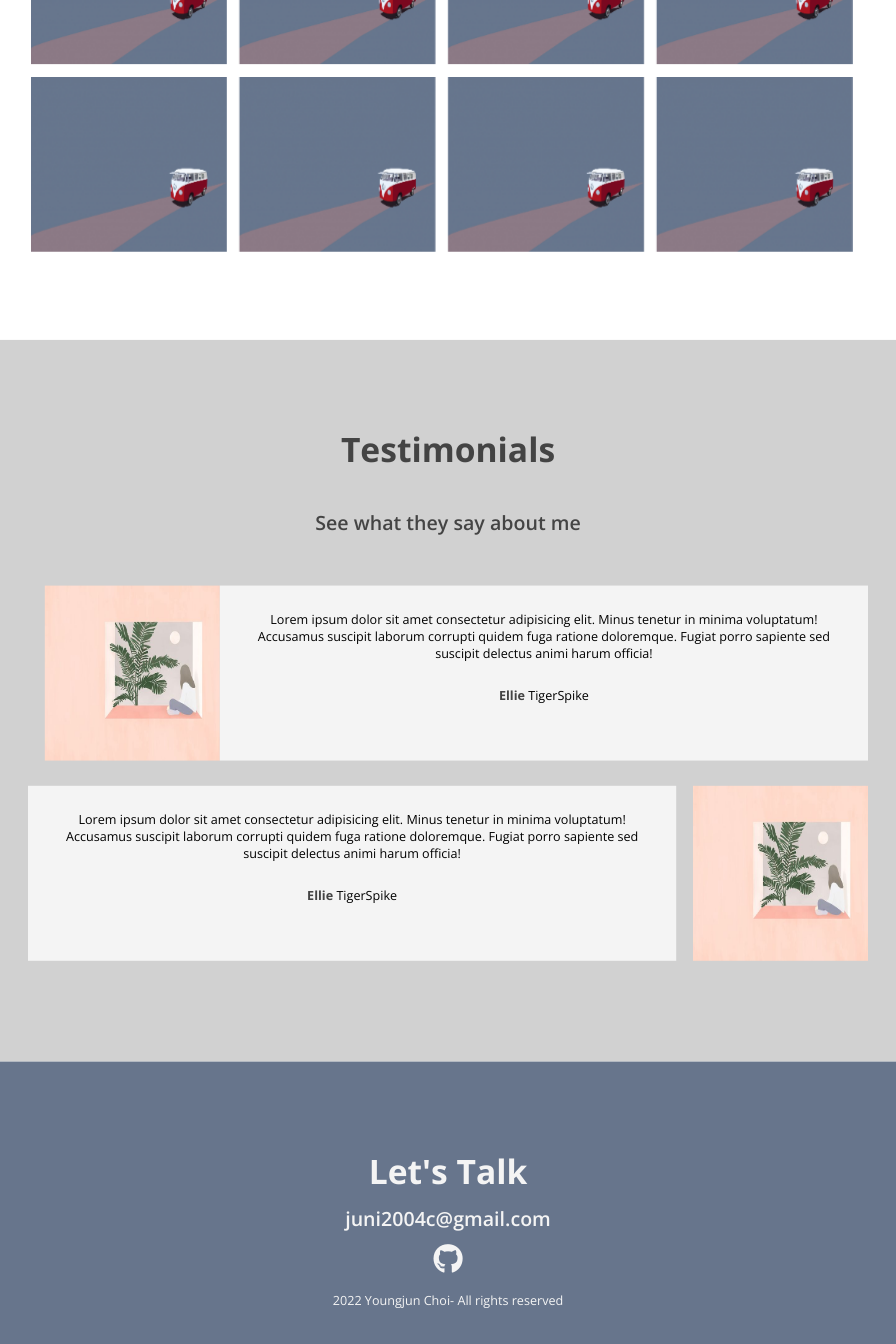
Repository: choi2021/portfolio-vanillaJS
Page: index.html
An editor plug-in stored every save of this project. The page is shown before and after the next save, followed by the edit.
The browser window is 1280 px wide. The pictures show the part of the page from y = 3642 to 5562 px (the page is 5636 px tall), at 70% of full size.
Some web libraries are served in a nearby version.

Above is the page before, as saved 2022-01-08 15:23:53.

### index.html
<!DOCTYPE html>
<html lang="en">

<head>
  <meta charset="UTF-8">
  <meta http-equiv="X-UA-Compatible" content="IE=edge">
  <meta name="viewport" content="width=device-width, initial-scale=1.0">
  <title>Youngjun's Portfolio</title>
  <meta name="description" content="Front-end developer Youngjun">
  <meta name="author" content="Youngjun ">
  <link rel="icon" href="public/favicon.png" type="public/png">
  <link rel="stylesheet" href="style.css">
  <script src="main.js" defer></script>
  <script src="https://kit.fontawesome.com/a6a726722e.js" crossorigin="anonymous"></script>
  <link href="https://fonts.googleapis.com/css2?family=Open+Sans:wght@400;600;700&display=swap" rel="stylesheet">
</head>

<body>
  <!-- Navbar -->
  <nav class="navbar">
    <div class="navbar__logo">
      <img src="public/favicon.png" alt="logo">
      <a href="#">YOUNGJUN</a>
    </div>
    <ul class="navbar__menu">
      <li class="navbar__menu__item active">Home</li>
      <li class="navbar__menu__item">About</li>
      <li class="navbar__menu__item">Skills</li>
      <li class="navbar__menu__item">My work</li>
      <li class="navbar__menu__item">Testimonial</li>
      <li class="navbar__menu__item">Contact</li>
    </ul>
    <button class="navbar__toggleBtn">
      <i class="fas fa-bars"></i>
    </button>
  </nav>
  <!-- Home -->
  <section class="home">
    <img class="home__avatar" src="public/profile.jpg" alt="home-img">
    <h1 class="title">Hello <br> I'm Yougnjun Choi</h1>
    <h3 class="description">매일 매일 부족한 걸 채워가는 프론트엔드 개발자</h3>
    <button class="home__contact">contact me</button>
  </section>
  <!-- About -->
  <section class="about section">
    <div class="section__container">
      <h1 class="title">About me</h1>
      <p class="description">Lorem ipsum dolor sit amet consectetur adipisicing elit. Quidem adipisci sint voluptate
        odit, molestias debitis aliquam nihil magni a corporis consectetur minus vero qui suscipit dolorum natus
        nesciunt
        expedita? Sit!</p>
      <ul class="about__stacks">
        <li class="stack">
          <div class="stack__icon">
            <i class="fab fa-html5"></i>
          </div>
          <div class="stack__title">Front-end basic</div>
          <div class="stack__description">HTML, CSS, Javascript</div>
        </li>
        <li class="stack">
          <div class="stack__icon">
            <i class="fab fa-react"></i>
          </div>
          <div class="stack__title">React</div>
          <div class="stack__description">Javascript Library</div>
        </li>
      </ul>
      <div class="about__experience">
        <img src="public/gist_logo.jpg" alt="">
        <div class="experience__description">
          <div class="experience__name">Undergraduate chemistry major</div>
          <div class="experience__term">2016 March - 2022 Feb</div>
        </div>
      </div>
    </div>
  </section>
  <!-- Skills -->
  <section class="skills section">
    <div class="section__container">
      <h1 class="title">Skills</h1>
      <h2 class="sub_title">Skills & Attributes</h2>
      <p class="description">Lorem ipsum dolor sit amet, consectetur adipisicing elit. Harum cupiditate magnam modi
        eius? Soluta,
        quidem sed dicta animi maiores nemo laudantium dolores aliquam, molestias suscipit id accusantium unde
        temporibus
        nostrum.</p>
      <div class="skillset">
        <div class="skillset__left">
          <h3 class="skillset__title">Skills</h3>
          <div class="skill">
            <div class="skill__description">
              <span class="description__name">HTML</span>
              <span class="description__figure">80%</span>
            </div>
            <div class="skill__bar">
              <div class="skill__value" style="width: 80%"></div>
            </div>
          </div>
          <div class="skill">
            <div class="skill__description">
              <span class="description__name">CSS</span>
              <span class="description__figure">60%</span>
            </div>
            <div class="skill__bar">
              <div class="skill__value" style="width: 60%"></div>
            </div>
          </div>
          <div class="skill">
            <div class="skill__description">
              <span class="description__name">Javascript</span>
              <span class="description__figure">40%</span>
            </div>
            <div class="skill__bar">
              <div class="skill__value" style="width: 40%"></div>
            </div>
          </div>
          <div class="skill">
            <div class="skill__description">
              <span class="description__name">React</span>
              <span class="description__figure">10%</span>
            </div>
            <div class="skill__bar">
              <div class="skill__value" style="width:10%"></div>
            </div>
          </div>
        </div>
        <div class="skillset__right">
          <section class="tools">
            <h3 class="tools__title">Tools</h3>
            <ul class="tools__list">
              <li>
                <span>Visual Studio</span>
              </li>
            </ul>
          </section>
          <section class="etc">
            <h3 class="skillset__title">Etc</h3>
            <ul class="etc__list">
              <li>
                <span>Git</span>
              </li>
            </ul>
          </section>
        </div>
      </div>
    </div>
  </section>
  <section class="work section">
    <div class="section__container">
      <h1 class="title">My Work</h1>
      <h2 class="description">Projects</h2>
      <div class="work__categories">
        <button class="category__btn active">
          All
          <span class="category__count">8</span>
        </button>
        <button class="category__btn">HTML+CSS<span class="category__count">3</span></button>
        <button class="category__btn">HTML+CSS+Javascript<span class="category__count">3</span></button>
        <button class="category__btn">React<span class="category__count">2</span></button>
      </div>
      <div class="work__projects">
        <a href="#" class="project">
          <img src="public/background.jpg" alt="">
          <div class="project__description">
            <h3>Youtube UI</h3>
            <span>Clone coding with HTML and CSS</span>
          </div>
        </a>
        <a href="#" class="project">
          <img src="public/background.jpg" alt="">
          <div class="project__description">
            <h3>Youtube UI</h3>
            <span>Clone coding with HTML and CSS</span>
          </div>
        </a>
        <a href="#" class="project">
          <img src="public/background.jpg" alt="">
          <div class="project__description">
            <h3>Youtube UI</h3>
            <span>Clone coding with HTML and CSS</span>
          </div>
        </a>
        <a href="#" class="project">
          <img src="public/background.jpg" alt="">
          <div class="project__description">
            <h3>Youtube UI</h3>
            <span>Clone coding with HTML and CSS</span>
          </div>
        </a>
        <a href="#" class="project">
          <img src="public/background.jpg" alt="">
          <div class="project__description">
            <h3>Youtube UI</h3>
            <span>Clone coding with HTML and CSS</span>
          </div>
        </a>
        <a href="#" class="project">
          <img src="public/background.jpg" alt="">
          <div class="project__description">
            <h3>Youtube UI</h3>
            <span>Clone coding with HTML and CSS</span>
          </div>
        </a>
        <a href="#" class="project">
          <img src="public/background.jpg" alt="">
          <div class="project__description">
            <h3>Youtube UI</h3>
            <span>Clone coding with HTML and CSS</span>
          </div>
        </a>
        <a href="#" class="project">
          <img src="public/background.jpg" alt="">
          <div class="project__description">
            <h3>Youtube UI</h3>
            <span>Clone coding with HTML and CSS</span>
          </div>
        </a>
      </div>
    </div>
  </section>
  <section class="testimonials section">
    <div class="section__container">
      <h1 class="title">Testimonials</h1>
      <h2 class="description">See what they say about me</h2>
      <div class="testimonialset">
        <div class="testimonial">
          <img class="testimonial__avatar" src="public/background2.jpg" alt="">
          <div class="testimonial__speech-bubble">
            <span>Lorem ipsum dolor sit amet consectetur adipisicing elit. Minus tenetur in minima voluptatum! Accusamus
              suscipit laborum corrupti quidem fuga ratione doloremque. Fugiat porro sapiente sed suscipit delectus
              animi
              harum officia!</span>
            <div class="name-and-company">
              <span class="name"><a href="#"> Ellie</a></span>
              <span class="companay">TigerSpike</span>
            </div>
          </div>
        </div>
        <div class="testimonial">
          <div class="section__container"></div>
          <div class="testimonial__speech-bubble">
            <span>Lorem ipsum dolor sit amet consectetur adipisicing elit. Minus tenetur in minima voluptatum! Accusamus
              suscipit laborum corrupti quidem fuga ratione doloremque. Fugiat porro sapiente sed suscipit delectus
              animi
              harum officia!</span>
            <div class="name-and-company">
              <span class="name"><a href="#"> Ellie</a></span>
              <span class="companay">TigerSpike</span>
            </div>
          </div>
          <img class="testimonial__avatar" src="public/background2.jpg" alt="">
        </div>
      </div>
    </div>

  </section>
  <section class="contact section">
    <h1 class="title">Let's Talk</h1>
    <h2 class="contact__email">juni2004c@gmail.com</h2>
    <div class="contact__links">
      <a href="#">
        <i class="fab fa-github"></i>
      </a>
    </div>
    <p class="contact__rights">2022 Youngjun Choi- All rights reserved</p>
  </section>
</body>

</html>

### style.css
:root {
  /* color */
  --white-color: #f4f4f4;
  --blue-color: #69a0c7;
  --light-yellow-color: #fff6cb;
  --deep-yellow-color: #feac3e;
  --pink-color: #fd8682;
  --black-color: #444444;
  --dark-gray-color: #565656;
  --dim-gray-color: #706f6d;
  --light-gray-color: #d1d1d1;
  --dark-red-color: #8c7a86;
  --dark-blue-color: #67758c;

  /* Space */
  --base-space: 36px;

  /* Font weight */
  --weight-bold: 700;
  --weight-semi-bold: 600;
  --weight-regular: 400;

  /* Font-size */
  --font-large: 48px;
  --font-medium: 28px;
  --font-regular: 18px;
  --font-small: 16px;

  /* size */
  --count-size: 32px;
  --border-size: 8px;
  --logo-size: 43px;
  --avatar-size: 350px;
  --stack-size: 180px;
  --project-width: 280px;
  --project-height: 250px;
  --testimonial-size: 250px;
}

/* Universal tags */
* {
  box-sizing: border-box;
}

h1 {
  font-size: var(--font-large);
  font-weight: var(--weight-bold);
  color: var(--black-color);
  margin: 16px 0px;
}

h2 {
  font-size: var(--font-medium);
  font-weight: var(--weight-semi-bold);
  color: var(--black-color);
  margin: 8px 0px;
}

body {
  margin: 0;
  font-family: "Open Sans", sans-serif;
}

ul {
  list-style: none;
  padding-left: 0;
}

a {
  text-decoration: none;
  color: var(--black-color);
}

button {
  border: none;
  outline: none;
  background-color: transparent;
  cursor: pointer;
}

/* navbar */

.navbar {
  display: flex;
  justify-content: space-between;
  align-items: center;
  background-color: transparent;
  font-size: var(--font-medium);
  position: fixed;
  top: 0;
  width: 100%;
  padding: 12px var(--base-space);
}

.navbar.withBGColor {
  background-color: var(--dark-blue-color);
}

.navbar__logo {
  display: flex;
}

.navbar__logo img {
  width: var(--logo-size);
  height: var(--logo-size);
  margin-right: calc(0.4 * var(--base-space));
}

.navbar__logo a {
  font-size: var(--font-medium);
  font-weight: var(--weight-semi-bold);
  color: var(--white-color);
}

.navbar__menu {
  display: flex;
  padding-left: 0;
}

.navbar__menu__item {
  padding: 8px 12px;
  font-size: var(--font-regular);
  cursor: pointer;
  border: 2px transparent solid;
  border-radius: var(--border-size);
  color: var(--white-color);
  margin-right: var(--base-space);
}

.navbar__menu__item:hover {
  border: 2px white solid;
}

.navbar__menu__item.active {
  background-color: var(--white-color);
  color: var(--dark-blue-color);
}

.navbar__toggleBtn {
  display: none;
  position: absolute;
  top: 12px;
  right: 24px;
  font-size: var(--font-medium);
  color: var(--blue-color);
}

/* Home */

.home {
  padding: calc(3 * var(--base-space)) var(--base-space);
  background: url(./public/background.jpg) no-repeat center/cover;
  text-align: center;
}

.home__avatar {
  width: var(--avatar-size);
  height: var(--avatar-size);
  border-radius: 50%;
  border: 1px white solid;
}

.home .title {
  font-size: var(--font-large);
  font-weight: var(--weight-bold);
  text-align: center;
  color: var(--white-color);
}

.home .description {
  padding-top: calc(2 * var(--base-space));
  font-size: var(--font-medium);
  color: var(--white-color);
}

.home__contact {
  font-size: var(--font-regular);
  font-weight: var(--weight-bold);
  color: var(--white-color);
  text-transform: capitalize;
  padding: calc(0.25 * var(--base-space));
  border: solid var(--white-color) 2px;
  border-radius: var(--border-size);
}

.home__contact:hover {
  background-color: var(--white-color);
  color: var(--dark-blue-color);
}

.section {
  padding: calc(3 * var(--base-space)) var(--base-space);
  text-align: center;
}

.section__container {
  max-width: 1200px;
  margin: auto;
}

.about .description {
  width: 85%;
  margin: auto;
  padding-top: calc(2 * var(--base-space));
  font-size: var(--font-medium);
  text-align: center;
  color: var(--black-color);
  margin-bottom: calc(2 * var(--base-space));
}

.about__stacks {
  display: flex;
  justify-content: space-around;
  padding-left: 0;
  margin: calc(3 * var(--base-space)) 0;
}

.stack {
  font-size: var(--font-medium);
  display: flex;
  flex-direction: column;
  align-items: center;
  text-align: center;
}

.stack__icon {
  font-size: calc(0.7 * var(--stack-size));
  width: var(--stack-size);
  height: var(--stack-size);
  display: flex;
  justify-content: center;
  align-items: center;
  color: var(--blue-color);
  border: 2px solid var(--blue-color);
  border-radius: 50%;
  margin-bottom: var(--base-space);
  transition: transform 300ms ease-in;
}

.stack__icon:hover {
  transform: rotate(45deg);
  color: var(--dark-blue-color);
  border: 2px solid var(--dark-blue-color);
}

.about__experience {
  display: flex;
  justify-content: center;
  width: 50%;
  margin: auto;
}

.about__experience img {
  width: var(--logo-size);
  height: var(--logo-size);
  margin-right: var(--base-space);
}

.skills {
  background-color: var(--light-yellow-color);
}

.skills .sub_title {
  font-size: var(--font-medium);
  font-weight: var(--weight-bold);
  text-align: center;
  color: var(--black-color);
}

.skills .description {
  width: 85%;
  margin: auto;
  padding-top: calc(2 * var(--base-space));
  font-size: var(--font-medium);
  text-align: center;
  color: var(--black-color);
  margin-bottom: calc(2 * var(--base-space));
}

.skillset {
  display: flex;
  background-color: var(--black-color);
}

.skillset__left {
  flex-basis: 60%;
  display: flex;
  color: var(--white-color);
  flex-direction: column;
  align-items: center;
  padding: var(--base-space);
}

.skillset__title {
  font-size: var(--font-regular);
}

.skill {
  width: 100%;
  margin-bottom: var(--base-space);
}

.skill__description {
  width: 100%;
  font-size: var(--font-small);
  display: flex;
  justify-content: space-between;
}

.skill__bar {
  height: 3px;
  background-color: var(--dim-gray-color);
}

.skill__value {
  height: 3px;
  background-color: var(--deep-yellow-color);
}

.skillset__right {
  flex-basis: 40%;
  display: flex;
  flex-direction: column;
  margin: 0;
  text-align: center;
}

.tools {
  background-color: var(--dark-gray-color);
  width: 100%;
  height: 50%;
  color: var(--white-color);
}

.etc {
  background-color: var(--dim-gray-color);
  padding-left: 0;
  height: 50%;
  color: var(--white-color);
}

.tools__list,
.etc__list {
  padding-left: 0;
}

.work .description {
  width: 85%;
  margin: auto;
  padding-top: calc(2 * var(--base-space));
  color: var(--black-color);
  margin-bottom: calc(2 * var(--base-space));
}

.work__categories {
  margin-bottom: var(--base-space);
}

.category__btn {
  font-size: var(--font-regular);
  padding: 8px 12px;
  border: 1px solid var(--dim-gray-color);
  border-radius: var(--border-size);
}

.category__btn.active {
  color: var(--white-color);
  background-color: var(--dark-blue-color);
}

.category__count {
  display: inline-block;
  font-size: var(--font-regular);
  border-radius: 50%;
  width: var(--count-size);
  height: var(--count-size);
  line-height: 32px;
  background-color: var(--deep-yellow-color);
  margin-left: 8px;
  position: relative;
  top: -40px;
  left: 4px;
  opacity: 0;
  transition: all 300ms ease-in;
}
.category__btn.active .category__count,
.category__btn:hover .category__count {
  opacity: 1;
  top: 0;
  left: 0;
}

.work__projects {
  display: flex;
  justify-content: center;
  flex-wrap: wrap;
  width: 100%;
}

.project {
  position: relative;
  width: var(--project-width);
  height: var(--project-height);
  margin-right: calc(0.5 * var(--base-space));
  margin-bottom: calc(0.5 * var(--base-space));
}

.project img {
  width: 100%;
  height: 100%;
}

.project__description {
  background-color: var(--light-yellow-color);
  position: absolute;
  top: 0;
  left: 0;
  width: 100%;
  height: 100%;
  display: flex;
  flex-direction: column;
  justify-content: center;
  opacity: 0;
  transform: translate(0, 10px);
  transition: all 300ms ease-in-out;
}

.project__description:hover {
  opacity: 0.9;
  transform: translate(0, 0);
}

.project__description h3::after {
  display: block;
  margin: auto;
  content: "";
  width: 125px;
  height: 2px;
  background-color: var(--dim-gray-color);
}

.project__description span {
  font-size: var(--font-small);
}

/* Testimonial */

.testimonials {
  background-color: var(--light-gray-color);
}

.testimonials .description {
  max-width: 1200px;
  padding-top: calc(var(--base-space));
  font-size: var(--font-medium);
  color: var(--black-color);
  margin-bottom: calc(2 * var(--base-space));
}

.testimonialset {
  display: flex;
  flex-direction: column;
}

.testimonial {
  display: flex;
  margin-bottom: var(--base-space);
}

.testimonial__avatar:nth-child(odd) {
  margin-left: 24px;
}

.testimonial__avatar:nth-child(even) {
  margin-left: 24px;
}

.testimonial__avatar {
  width: var(--testimonial-size);
  height: var(--testimonial-size);
}

.testimonial__speech-bubble {
  background-color: var(--white-color);
  padding: var(--base-space);
  font-size: var(--font-regular);
  text-align: center;
}

.testimonial__speech-bubble .name-and-company {
  margin-top: var(--base-space);
}

.testimonial__speech-bubble .name {
  font-weight: var(--weight-bold);
}

/* contact */
.contact {
  background-color: var(--dark-blue-color);
}

.contact .title,
.contact__email,
.contact__rights {
  color: var(--white-color);
}

.contact .title {
  font-size: var(--font-large);
}

.contact__email {
  font-size: var(--font-medium);
}

.contact__links {
  color: var(--white-color);
}

.contact__links a {
  font-size: var(--logo-size);
  color: var(--white-color);
}

.contact__links a i {
  transition: transform 300ms ease-in-out;
}

.contact__links a i:hover {
  transform: scale(1.1);
}

.contact__rights {
  font-size: var(--font-regular);
}

@media screen and (min-width: 768px) and (max-width: 1070px) {
  :root {
    /* Space */
    --base-space: 24px;

    /* Font weight */
    --weight-bold: 700;
    --weight-semi-bold: 600;
    --weight-regular: 400;

    /* Font-size */
    --font-large: 36px;
    --font-medium: 24px;
    --font-regular: 16px;
    --font-small: 12px;

    /* size */
    --count-size: 32px;
    --border-size: 8px;
    --logo-size: 43px;
    --avatar-size: 250px;
    --stack-size: 180px;
    --project-width: 280px;
    --project-height: 250px;
    --testimonial-size: 80px;
  }

  .navbar {
    flex-direction: column;
    align-items: flex-start;
  }

  .navbar__menu {
    flex-direction: column;
    width: 100%;
    text-align: center;
    display: none;
  }

  .navbar__toggleBtn {
    display: block;
    position: absolute;
    cursor: pointer;
  }
}

@media screen and (max-width: 768px) {
  :root {
    /* Space */
    --base-space: 24px;

    /* Font weight */
    --weight-bold: 700;
    --weight-semi-bold: 600;
    --weight-regular: 400;

    /* Font-size */
    --font-large: 36px;
    --font-medium: 24px;
    --font-regular: 16px;
    --font-small: 12px;

    /* size */
    --count-size: 32px;
    --border-size: 8px;
    --logo-size: 43px;
    --avatar-size: 250px;
    --stack-size: 180px;
    --project-width: 280px;
    --project-height: 250px;
    --testimonial-size: 80px;
  }
  .navbar {
    flex-direction: column;
    align-items: flex-start;
  }

  .navbar__menu {
    flex-direction: column;
    width: 100%;
    text-align: center;
    display: none;
  }

  .navbar__toggleBtn {
    display: block;
    position: absolute;
    cursor: pointer;
  }

  .about__stacks {
    flex-direction: column;
  }

  .stack {
    margin-bottom: var(--base-space);
  }

  .skillset {
    flex-direction: column;
  }

  .category__btn {
    padding: 4px 8px;
  }

  .project {
    flex-grow: 1;
  }
}

### main.js
// navbar background color
const navbar = document.querySelector(".navbar");
const navbarInfo = navbar.getBoundingClientRect();
console.log(navbarInfo.height);

document.addEventListener("scroll", (e) => {
  const positionY = window.scrollY;
  if (positionY > navbarInfo.height) {
    navbar.classList.add("withBGColor");
  } else {
    navbar.classList.remove("withBGColor");
  }
});

After the next save:
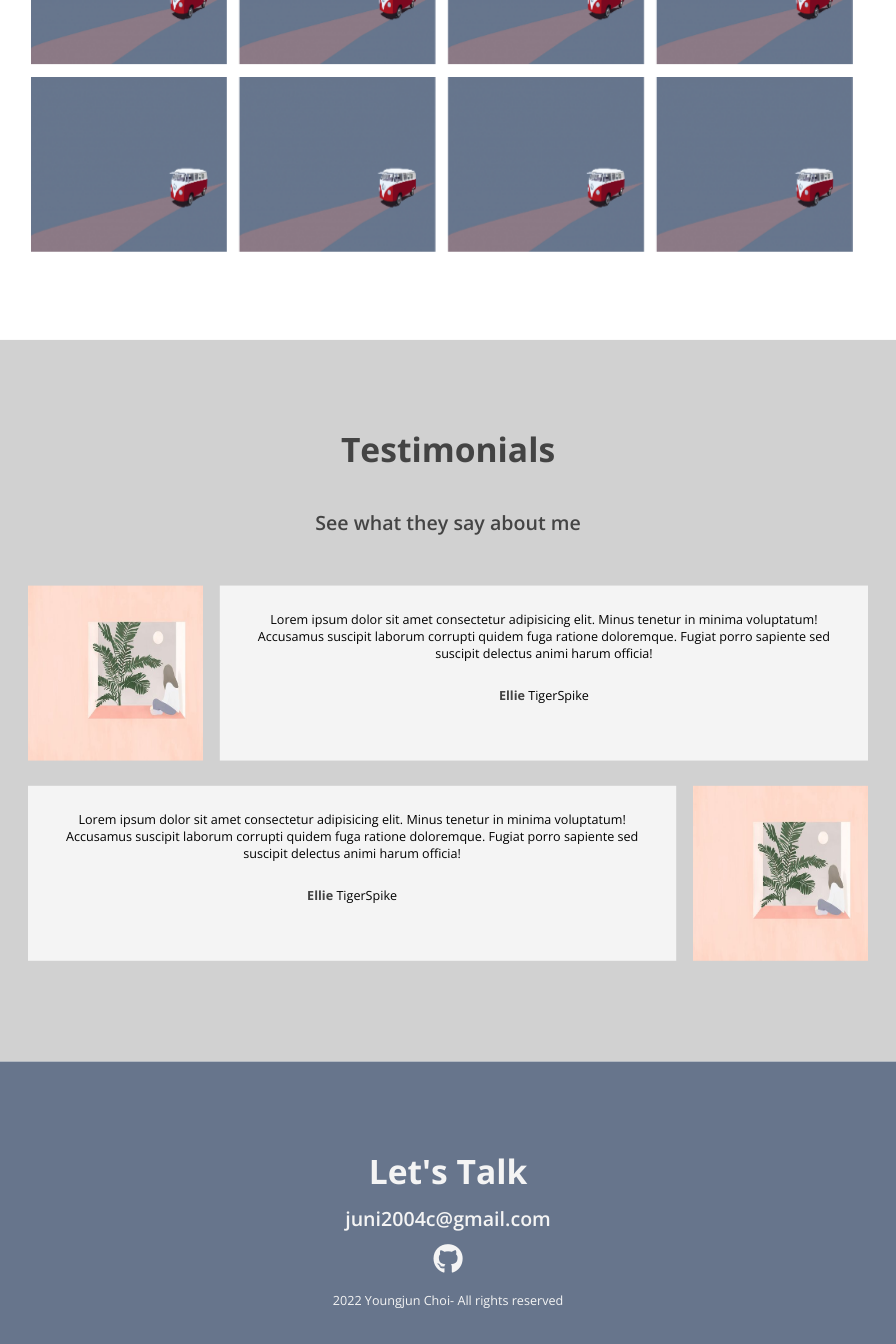
Saved 43 s later.
--- a/style.css
+++ b/style.css
@@ -467,11 +467,11 @@ button {
   margin-bottom: var(--base-space);
 }
 
-.testimonial__avatar:nth-child(odd) {
-  margin-left: 24px;
-}
-
-.testimonial__avatar:nth-child(even) {
+.testimonial:nth-child(odd) .testimonial__avatar {
+  margin-right: 24px;
+}
+
+.testimonial:nth-child(even) .testimonial__avatar {
   margin-left: 24px;
 }
 
